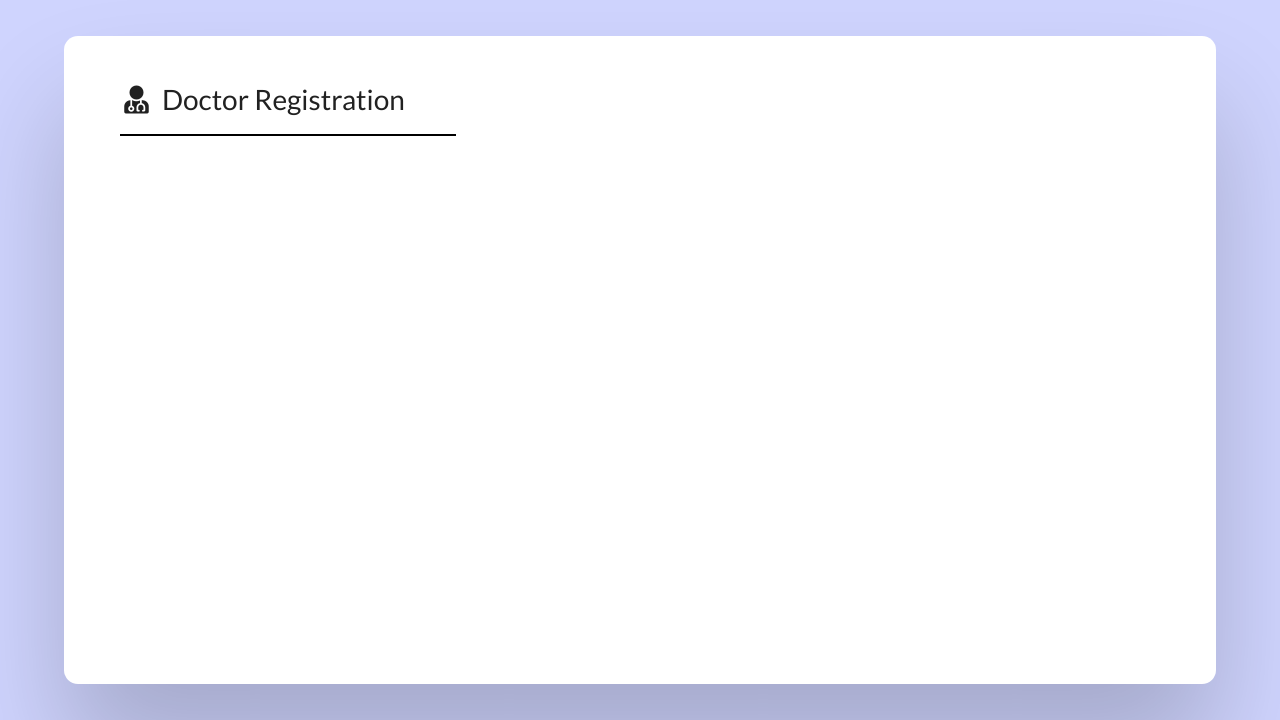
Repository: ajayaj2001/healthcare-digitization
Page: /doctorForm
These files come from the project's save history. The page is drawn as it stood at one moment and after the next save; the edit follows.
The browser window is 1280 px wide. The pictures show the whole page.
The project was rebuilt for these pictures with package versions that can differ from the ones it lists, and the page was loaded fresh each time. Also part of the build but not shown: src/component/userType/UserType.scss, src/component/userType/UserType.js, src/component/login/Login.scss, src/component/login/loginForm/LoginForm.scss, src/component/login/loginForm/LoginForm.js, src/component/login/Login.js, src/component/register/Register.scss, src/component/register/registerForm/RegisterForm.scss and 2 more.

Above is the page before, as saved 2021-03-13 10:42:25.

### public/index.html
<!DOCTYPE html>
<html lang="en">

<head>
  <meta charset="utf-8" />
  <meta name="viewport" content="width=device-width, initial-scale=1" />
  <meta name="theme-color" content="#000000" />
  <meta name="description" content="Web site created using create-react-app" />
  <link rel="stylesheet" href="https://fonts.googleapis.com/css?family=Roboto:300,400,500,700&display=swap" />
  <link rel="stylesheet" href="https://fonts.googleapis.com/icon?family=Material+Icons" />

  <!--
      manifest.json provides metadata used when your web app is installed on a
      user's mobile device or desktop. See https://developers.google.com/web/fundamentals/web-app-manifest/
    -->
  <!-- <link rel="manifest" href="%PUBLIC_URL%/manifest.json" /> -->
  <!--
      Notice the use of %PUBLIC_URL% in the tags above.
      It will be replaced with the URL of the `public` folder during the build.
      Only files inside the `public` folder can be referenced from the HTML.

      Unlike "/favicon.ico" or "favicon.ico", "%PUBLIC_URL%/favicon.ico" will
      work correctly both with client-side routing and a non-root public URL.
      Learn how to configure a non-root public URL by running `npm run build`.
    -->
  <title>medical</title>
</head>

<body>
  <noscript>You need to enable JavaScript to run this app.</noscript>
  <div id="root"></div>
  <!--
      This HTML file is a template.
      If you open it directly in the browser, you will see an empty page.

      You can add webfonts, meta tags, or analytics to this file.
      The build step will place the bundled scripts into the <body> tag.

      To begin the development, run `npm start` or `yarn start`.
      To create a production bundle, use `npm run build` or `yarn build`.
    -->
</body>

</html>

### src/index.js
import React from 'react';
import ReactDOM from 'react-dom';
import './index.scss';
import App from './component/app/App';
import 'semantic-ui-css/semantic.min.css'


ReactDOM.render(
  // <React.StrictMode>
    <App />
  // </React.StrictMode>
  ,
  document.getElementById('root')
);

### src/index.scss
code {
  font-family: source-code-pro, Menlo, Monaco, Consolas, "Courier New", monospace;
}
@mixin respond($breakpoint) {
  @if $breakpoint == phone {
    @media (max-width: 37.5em) {
      @content;
    }
  }

  @if $breakpoint == tab-land {
    @media (max-width: 75em) {
      @content;
    }
  }
  @if $breakpoint == tab-port {
    @media (max-width: 56.25em) {
      @content;
    }
  }
  @if $breakpoint == big-desktop {
    @media (min-width: 112.5em) {
      @content;
    }
  }
}

*,
*::after,
*::before {
  margin: 0;
  padding: 0;
  box-sizing: inherit;
}
body {
  font-family: "Lato", sans-serif;
  font-weight: 400;
  font-size: 16px;
  line-height: 1.7;
  color: #777;
  //padding: 30px;
  box-sizing: border-box;
  @include respond(tab-port) {
    padding: 0;
  }
}

html {
  font-size: 62.5%; //1rem=10px 10px/16px=62.5%
  @include respond(tab-land) {
    //width <1200
    font-size: 56.25%; //1rem=9px
  }
  @include respond(tab-port) {
    //<width <900
    font-size: 50%; //1rem=8px
  }
  // @include respond(phone) {
  //     //<width<600
  //     font-size: 40%; //1rem=4.8px
  // }
  @include respond(big-desktop) {
    //>1200
    font-size: 75%; //1rem=12
  }
}

### src/component/app/App.js
import './App.scss';

import UserType from "../userType/UserType";
import Login from '../login/Login';
import Register from '../register/Register';
import { BrowserRouter as Router,Route,Switch } from 'react-router-dom';
import DoctorForm from '../doctorForm/DoctorForm';

function App() {
  return (
    <Router>
       <Switch>
          <Route path="/login">
           <Login/>
          </Route>
          <Route path="/register">
           <Register/>
          </Route>
          <Route path="/doctorForm">
            <DoctorForm/>
          </Route>
          <Route path="/">
            <UserType/>
          </Route>

        </Switch>
    {/* <div className="App">
    </div> */}
    </Router>
  );
}

export default App;

### src/component/doctorForm/DoctorForm.js
import React from 'react'
import './DoctorForm.scss'
import { Form, Input, TextArea, Button, Select, Icon } from 'semantic-ui-react'

const DoctorForm = () => {
    return (
        <div className="doctorForm__container">
            <div className="doctorForm__main">
                <div className="doctorForm__heading"><Icon name="user doctor"/> Doctor Registration</div>
            </div>
        </div>
    )
}

export default DoctorForm

### src/component/doctorForm/DoctorForm.scss
.doctorForm{
    &__container{
        margin: 0;
        background-color: #cfd4fe;
        height: 100vh;
        display: flex;
        justify-content: center;
        align-items: center;
    }
    &__main{
        background-color: white;
        width: 90%;
        height: 90%;
        border-radius: 1rem;
        align-items: center;
        overflow: hidden;
        box-shadow: 0 5rem 8rem rgba(black, 0.2);
    }
   &__heading{
       font-size: 2rem;
       margin: 2rem 0rem 0rem 4rem;
       line-height: 5rem;
       border-bottom: .2rem solid black;
       width: 24rem;
   }
}

Loaded but not shown: src/component/app/App.scss (no stored copy; drawn as an empty file)

After the next save:
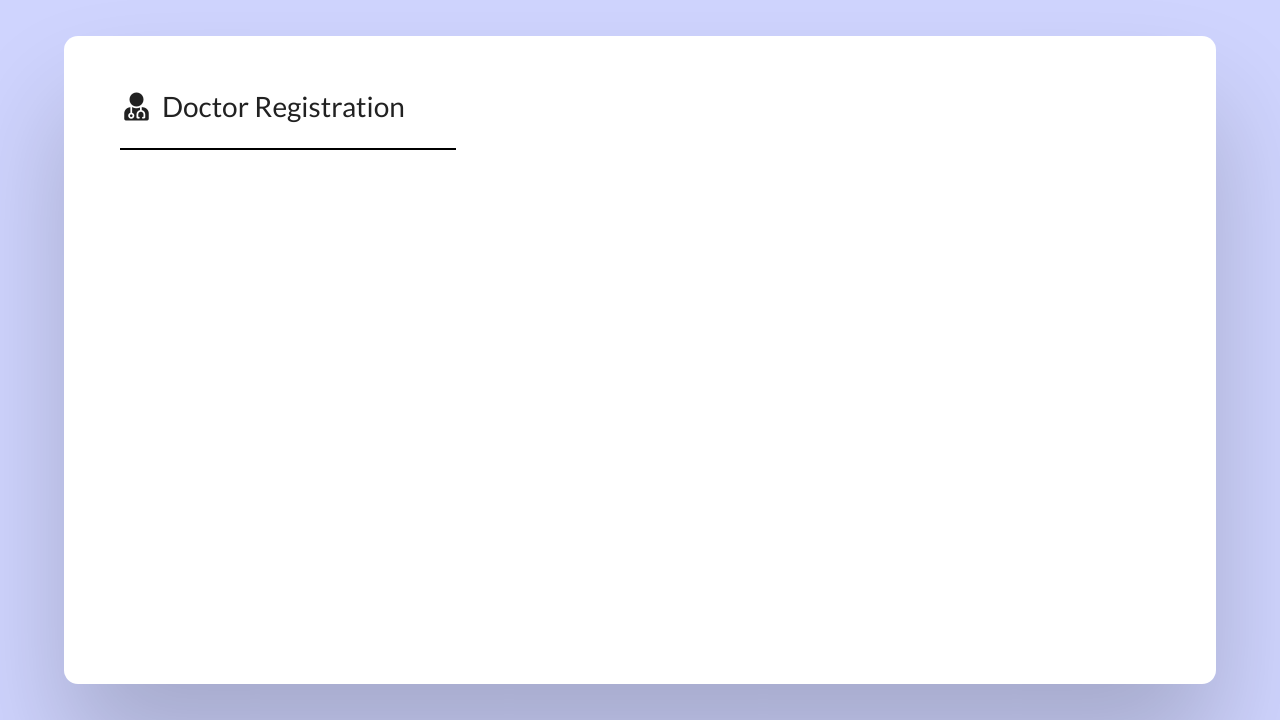
Saved 5 s later.
--- a/src/component/doctorForm/DoctorForm.scss
+++ b/src/component/doctorForm/DoctorForm.scss
@@ -19,7 +19,7 @@
    &__heading{
        font-size: 2rem;
        margin: 2rem 0rem 0rem 4rem;
-       line-height: 5rem;
+       line-height: 6rem;
        border-bottom: .2rem solid black;
        width: 24rem;
    }
